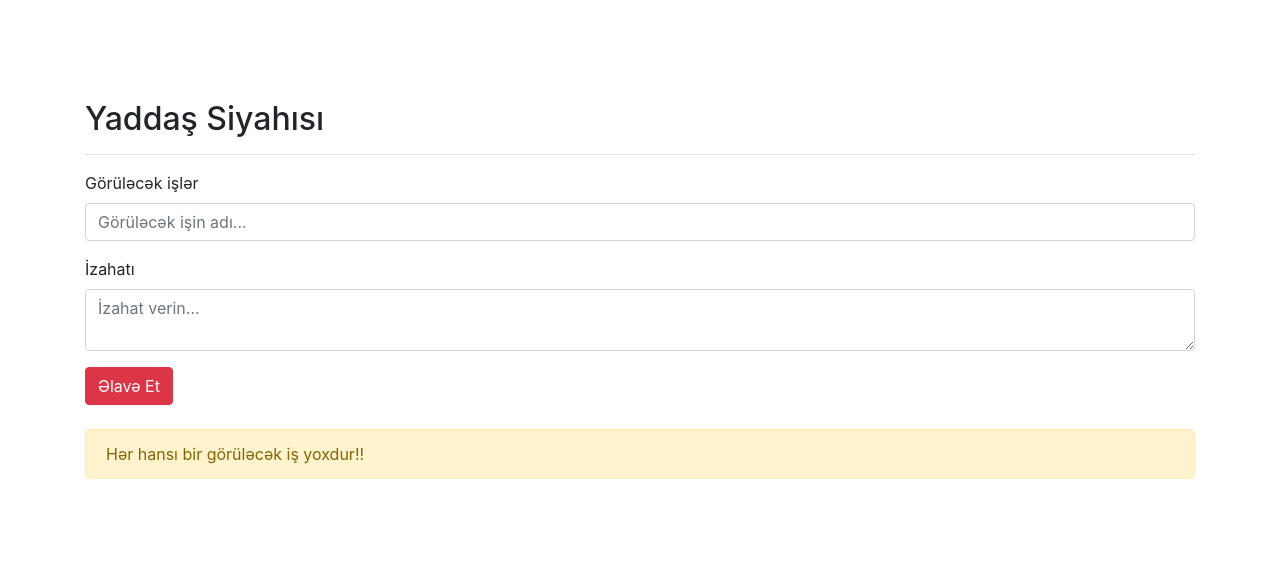
Repository: elvinyeka/ToDoApp
Page: http://localhost/
The author's editor kept a copy of each file at every save. The page is drawn from the files as they stood at one save, then again after the next save.
The browser window is 1280 px wide. The pictures show the whole page.
Some web libraries are served in a nearby version. The page is served by the project's application, run on Flask 3 (todo.py). Queries for data that is not in the repository find no rows.

Above is the page before, as saved 2020-09-27 22:55:18.

### templates/index.html
<!DOCTYPE html>
<html lang="en">

<head>
    <meta charset="UTF-8">
    <meta name="viewport" content="width=device-width, initial-scale=1.0">
    <link rel="stylesheet" href="https://maxcdn.bootstrapcdn.com/bootstrap/4.0.0/css/bootstrap.min.css" integrity="sha384-Gn5384xqQ1aoWXA+058RXPxPg6fy4IWvTNh0E263XmFcJlSAwiGgFAW/dAiS6JXm" crossorigin="anonymous">
    <title>ToDoApp</title>
</head>

<body>
    <div style="margin-top: 100px;" class="container">
        <h2>Yaddaş Siyahısı</h2>
        <hr>
        <form action="/add" method="POST">
            <div class="form-group">
                <label for="todolist">Görüləcək işlər</label>
                <input type="text" name="title" class="form-control" id="todolist" placeholder="Görüləcək işin adı...">
            </div>
            <div class="form-group">
                <label for="explanation">İzahatı</label>
                <textarea type="text" name="content" class="form-control" id="explanation" placeholder="İzahat verin..."></textarea>
            </div>

            <button type="submit" class="btn btn-danger">Əlavə Et</button>
        </form>
        <br> {% if todos == [] %}

        <div class="alert alert-warning">
            Hər hansı bir görüləcək iş yoxdur!!
        </div>

        {% else %}

        <table class="table table-hover">
            <thead class="table-danger">
                <tr>
                    <th scope="col">id</th>
                    <th scope="col">Başlıq</th>
                    <th scope="col">İzahı</th>
                    <th scope="col">Vəziyyəti</th>
                    <th scope="col">Tamamlama</th>
                    <th scope="col">Silmə</th>
                </tr>
            </thead>
            <tbody>
                {% for todo in todos %}
                <tr>
                    <th scope="row">{{todo.id}}</th>
                    <td><a href="/detail/{{todo.id}}">{{todo.title}}</a></td>
                    <td>{{todo.content}}</td>
                    {% if todo.complete == False %}
                    <td>Tamamlanmayıb!</td>
                    {% else %}
                    <td>Tamamlanıb!</td>
                    {% endif %}
                    <td>
                        <a href="/complete/{{todo.id}}" class="btn btn-danger">Tamamla</a>
                    </td>
                    <td>
                        <a href="/delete/{{todo.id}}" class="btn btn-danger">Sil</a>
                    </td>
                </tr>
                {% endfor %}
            </tbody>
        </table>

        {% endif %}


    </div>


    <script src="https://code.jquery.com/jquery-3.2.1.slim.min.js" integrity="sha384-KJ3o2DKtIkvYIK3UENzmM7KCkRr/rE9/Qpg6aAZGJwFDMVNA/GpGFF93hXpG5KkN" crossorigin="anonymous"></script>
    <script src="https://cdnjs.cloudflare.com/ajax/libs/popper.js/1.12.9/umd/popper.min.js" integrity="sha384-ApNbgh9B+Y1QKtv3Rn7W3mgPxhU9K/ScQsAP7hUibX39j7fakFPskvXusvfa0b4Q" crossorigin="anonymous"></script>
    <script src="https://maxcdn.bootstrapcdn.com/bootstrap/4.0.0/js/bootstrap.min.js" integrity="sha384-JZR6Spejh4U02d8jOt6vLEHfe/JQGiRRSQQxSfFWpi1MquVdAyjUar5+76PVCmYl" crossorigin="anonymous"></script>
</body>

</html>

### todo.py
from flask import Flask,render_template,request,redirect,url_for
from flask_sqlalchemy import SQLAlchemy

app = Flask(__name__)
app.config['SQLALCHEMY_DATABASE_URI'] = 'sqlite:////Users/Elvin/Desktop/ToDoApp/todo.db'
db = SQLAlchemy(app)

@app.route("/")
def index():
    todos = Todo.query.all()

    return render_template("index.html",todos = todos)

@app.route("/add", methods=["POST"])
def addTodo():
    title = request.form.get("title")
    content = request.form.get("content")

    newTodo = Todo(title=title,content=content, complete=False)

    db.session.add(newTodo)
    db.session.commit()
    return redirect(url_for("index"))

@app.route("/complete/<string:id>")
def completeTodo(id):
    todo = Todo.query.filter_by(id=id).first()
    if (todo.complete == False):
        todo.complete = True
    else:
        todo.complete = False

    db.session.commit()
    return redirect(url_for("index"))

@app.route("/delete/<string:id>")
def deleteTodo(id):
    todo = Todo.query.filter_by(id=id).first()
    db.session.delete(todo)
    db.session.commit()
    return redirect(url_for("index"))

@app.route("/detail/<string:id>")
def detailTodo(id):
    todo = Todo.query.filter_by(id=id).first()

    return render_template("detail.html",todo = todo)

class Todo(db.Model):

    id = db.Column(db.Integer,primary_key=True)
    title = db.Column(db.String(80))
    content = db.Column(db.Text)
    complete = db.Column(db.Boolean)


if __name__ == "__main__":
    app.run(debug=True)

After the next save:
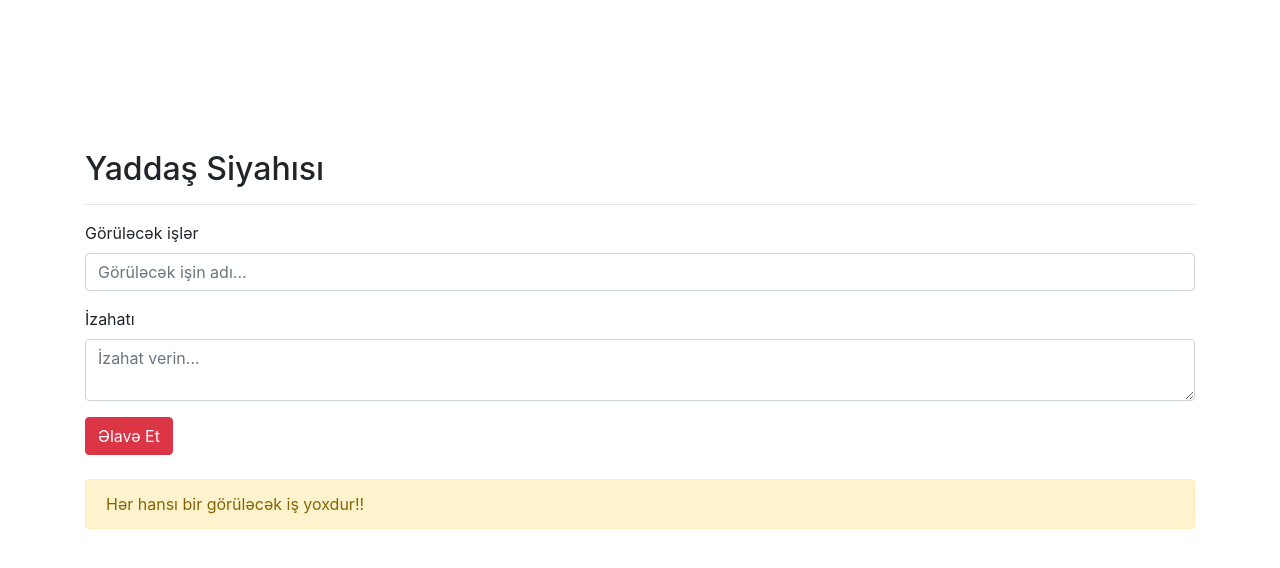
Saved 7 s later.
--- a/templates/index.html
+++ b/templates/index.html
@@ -9,7 +9,7 @@
 </head>
 
 <body>
-    <div style="margin-top: 100px;" class="container">
+    <div style="margin-top: 150px;" class="container">
         <h2>Yaddaş Siyahısı</h2>
         <hr>
         <form action="/add" method="POST">
